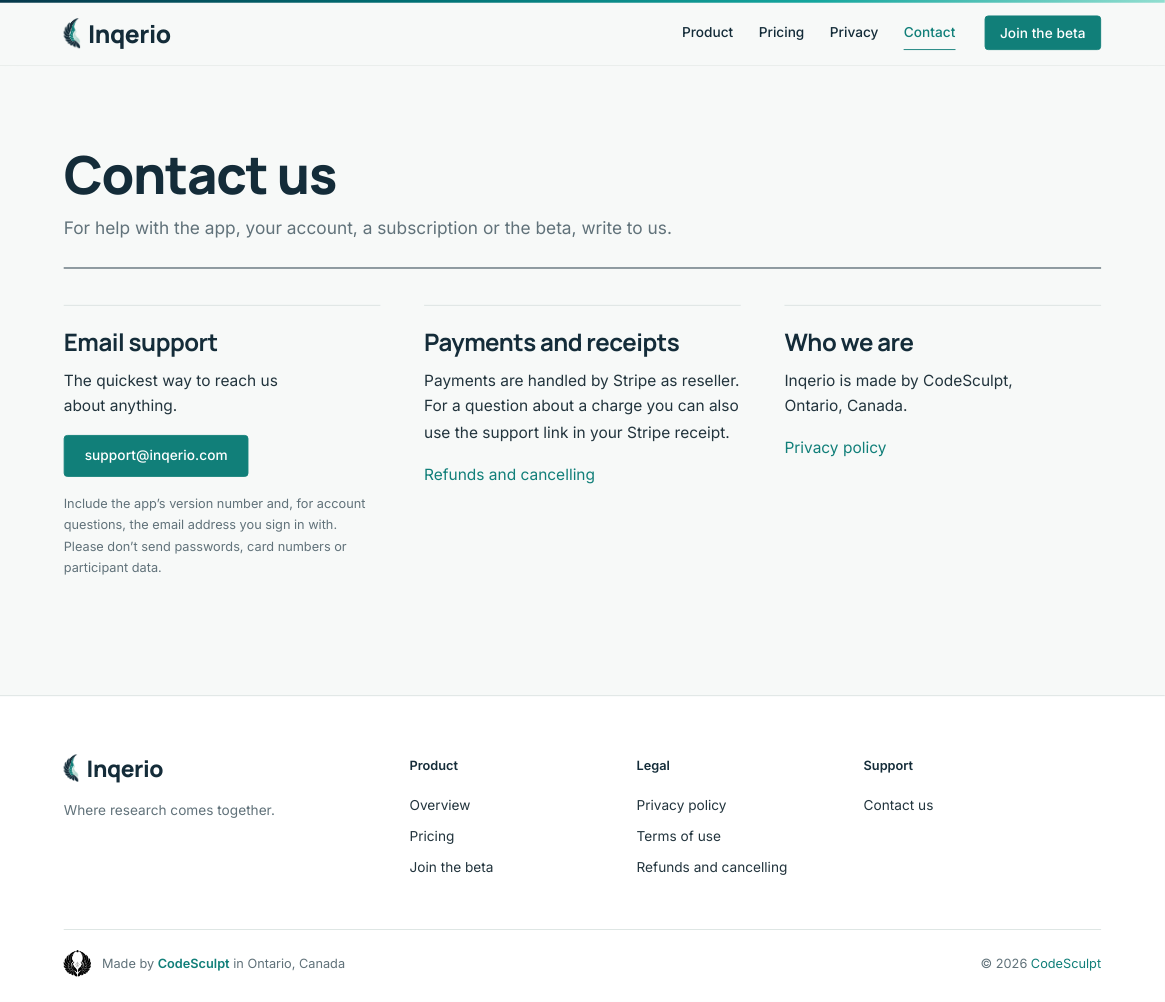
Repository: codesculpt/inqerio-website
Page: site/contact/index.html
The author's editor kept a copy of each file at every save. The page is drawn from the files as they stood at one save, then again after the next save.
The browser window is 1280 px wide. The pictures show the whole page, at 91% of full size.

Above is the page before, as saved 2026-10-20 18:30:47.

### site/contact/index.html
<!doctype html>
<html lang="en-CA">
<head>
<meta charset="utf-8">
<meta name="viewport" content="width=device-width, initial-scale=1">
<title>Contact · Inqerio</title>
<meta name="description" content="Contact Inqerio support.">
<link rel="canonical" href="https://inqerio.com/contact/">
<meta property="og:type" content="website">
<meta property="og:site_name" content="Inqerio">
<meta property="og:title" content="Contact · Inqerio">
<meta property="og:description" content="Contact Inqerio support.">
<meta property="og:url" content="https://inqerio.com/contact/">
<meta property="og:image" content="https://inqerio.com/assets/media/social-card.png">
<meta property="og:image:width" content="1200">
<meta property="og:image:height" content="630">
<meta name="twitter:card" content="summary_large_image">
<meta name="theme-color" content="#f7f9f8">
<meta name="color-scheme" content="light">
<link rel="icon" type="image/png" sizes="64x64" href="../assets/media/favicon-64.png">
<link rel="apple-touch-icon" href="../assets/media/apple-touch-icon.png">
<link rel="preload" href="../assets/fonts/manrope-latin-wght-normal.woff2" as="font" type="font/woff2" crossorigin>
<link rel="preload" href="../assets/fonts/inter-latin-wght-normal.woff2" as="font" type="font/woff2" crossorigin>
<link rel="stylesheet" href="../assets/site.css?v=2013fd2398">
</head>
<body>
<a class="skip" href="#main">Skip to content</a>
<header class="top">
  <div class="wrap top-in">
    <a class="brand" href="../" aria-label="Inqerio home">
      <img src="../assets/brand/mark-colour.png" alt="" width="19" height="35">
      <span class="wordmark">Inqerio</span>
    </a>
    <nav class="top-nav" aria-label="Main"><a href="../">Product</a><a href="../pricing/">Pricing</a><a href="../privacy/">Privacy</a><a href="../contact/" aria-current="page">Contact</a></nav>
    <a class="btn btn-sm top-cta" href="mailto:support@inqerio.com?subject=Inqerio%20beta">Join the beta</a>
    <details class="menu">
      <summary aria-label="Menu"><span></span><span></span><span></span></summary>
      <nav class="menu-panel" aria-label="Menu"><a href="../">Product</a><a href="../pricing/">Pricing</a><a href="../privacy/">Privacy</a><a href="../contact/" aria-current="page">Contact</a><a class="btn btn-block" href="mailto:support@inqerio.com?subject=Inqerio%20beta">Join the beta</a></nav>
    </details>
  </div>
</header>
<main id="main" class="page-contact">

<section class="page-head"><div class="wrap">
    <h1>Contact us</h1>
    <p class="lead">For help with the app, your account, a subscription or the beta, write to us.</p>
  </div></section>
<section class="section section-tight">
  <div class="wrap">
    <div class="contact-grid">
      <div>
        <h2>Email support</h2>
        <p>The quickest way to reach us about anything.</p>
        <p><a class="btn" href="mailto:support@inqerio.com">support@inqerio.com</a></p>
        <p class="small">Include the app’s version number and, for account questions, the email address you sign in with. Please don’t send passwords, card numbers or participant data.</p>
      </div>
      <div>
        <h2>Payments and receipts</h2>
        <p>Payments are handled by Stripe as reseller. For a question about a charge you can also use the support link in your Stripe receipt.</p>
        <p><a href="../refunds/">Refunds and cancelling</a></p>
      </div>
      <div>
        <h2>Who we are</h2>
        <p>Inqerio is made by CodeSculpt, Ontario, Canada.</p>
        <p><a href="../privacy/">Privacy policy</a></p>
      </div>
    </div>
  </div>
</section>
</main>
<footer class="foot">
  <div class="wrap">
    <div class="foot-grid">
      <div class="foot-brand">
        <a class="brand" href="../">
          <img src="../assets/brand/mark-colour.png" alt="" width="19" height="35">
          <span class="wordmark">Inqerio</span>
        </a>
        <p class="foot-tag">Where research comes together.</p>
      </div>
      <nav aria-label="Product">
        <h2>Product</h2>
        <a href="../">Overview</a>
        <a href="../pricing/">Pricing</a>
        <a href="mailto:support@inqerio.com?subject=Inqerio%20beta">Join the beta</a>
      </nav>
      <nav aria-label="Legal">
        <h2>Legal</h2>
        <a href="../privacy/">Privacy policy</a>
        <a href="../terms/">Terms of use</a>
        <a href="../refunds/">Refunds and cancelling</a>
      </nav>
      <div>
        <h2>Support</h2>
        <a href="../contact/">Contact us</a>
      </div>
    </div>
    <div class="foot-base">
      <div class="made">
        <img src="../assets/brand/crest-black.png" alt="" width="30" height="28">
        <p>Made by <a class="maker" href="https://www.codesculpt.ca/" rel="noopener"><strong>CodeSculpt</strong></a> in Ontario, Canada</p>
      </div>
      <p>© 2026 <a class="maker" href="https://www.codesculpt.ca/" rel="noopener">CodeSculpt</a></p>
    </div>
  </div>
</footer>
</body>
</html>

Loaded but not shown: site/assets/site.css (387 lines, source omitted)

After the next save:
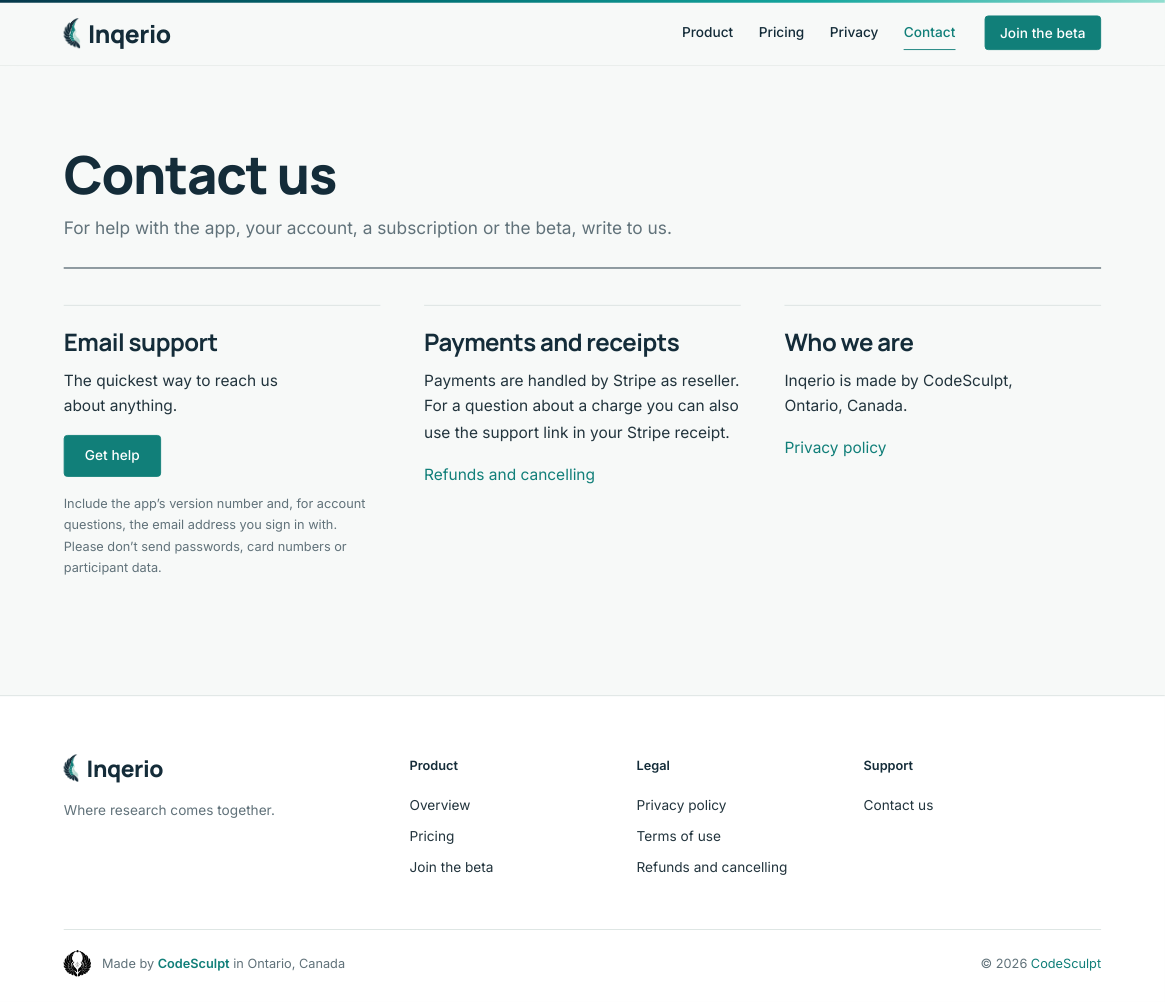
Saved 12 min 54 s later.
--- a/site/contact/index.html
+++ b/site/contact/index.html
@@ -51,7 +51,7 @@
       <div>
         <h2>Email support</h2>
         <p>The quickest way to reach us about anything.</p>
-        <p><a class="btn" href="mailto:support@inqerio.com">support@inqerio.com</a></p>
+        <p><a class="btn" href="mailto:support@inqerio.com">Get help</a></p>
         <p class="small">Include the app’s version number and, for account questions, the email address you sign in with. Please don’t send passwords, card numbers or participant data.</p>
       </div>
       <div>
